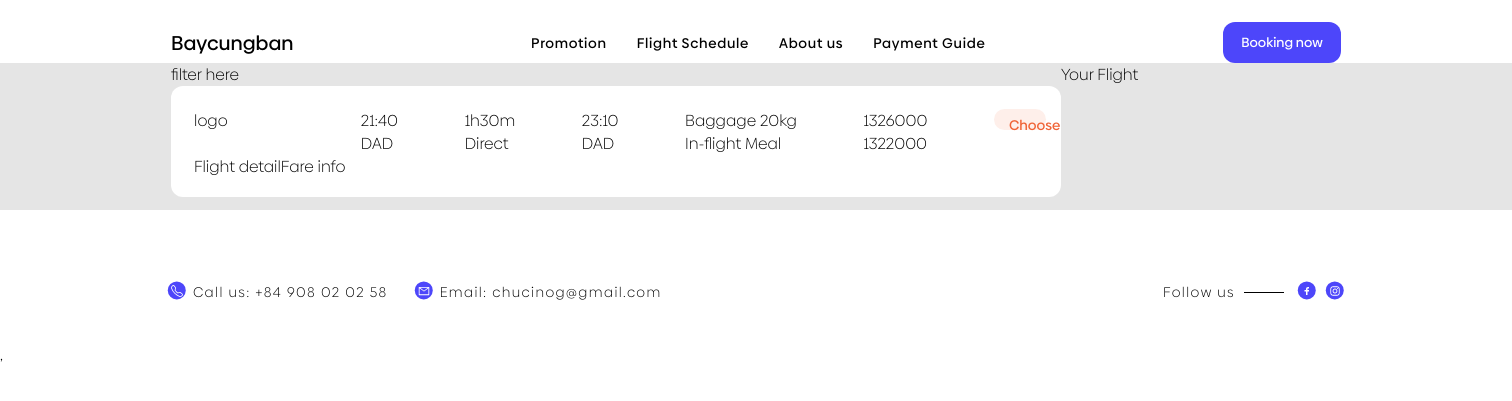
Repository: pinocoding/my-flying
Page: /list (app in my-flying/)
These files come from the project's save history. The page is drawn as it stood at one moment and after the next save; the edit follows.
The browser window is 1280 px wide. The page is 1512 px wide, so the pictures cover 1512 px, including what lies to the right of the window. The pictures show the whole page.
The project was rebuilt for these pictures with package versions that can differ from the ones it lists, and the page was loaded fresh each time. Also part of the build but not shown: my-flying/src/components/InDecreaBtn/InDecreaBtn.js, my-flying/src/components/TravelBooking/TravelBooking.css, my-flying/src/components/TravelBooking/TravelBooking.js, my-flying/src/components/home/Home.css, my-flying/src/components/home/Home.js. Imported but missing from the stored project, and not drawn on this page: my-flying/src/reportWebVitals.

Above is the page before, as saved 2022-09-09 17:04:28.

### my-flying/src/index.js
import React from "react";
import ReactDOM from "react-dom/client";
import "./index.css";
import App from "./App";
import reportWebVitals from "./reportWebVitals";
import "./font/SVN-Biennale/Biennale-Bold.otf";
const root = ReactDOM.createRoot(document.getElementById("root"));
root.render(
  <React.StrictMode>
    <App />
  </React.StrictMode>
);

// If you want to start measuring performance in your app, pass a function
// to log results (for example: reportWebVitals(console.log))
// or send to an analytics endpoint. Learn more: https://bit.ly/CRA-vitals
reportWebVitals();

### my-flying/src/index.css
@font-face {
  font-family: "SVN-Biennale";
  src: local("SVN-Biennale"),
    url("./font/SVN-Biennale/Biennale-Light.otf") format("opentype");

  font-weight: 400;
}

@font-face {
  font-family: "SVN-Biennale";
  src: local("SVN-Biennale"),
    url("./font/SVN-Biennale/Biennale-Medium.otf") format("opentype");

  font-weight: 600;
}

### my-flying/src/App.js
import React from "react";

import { render } from "react-dom";
import { BrowserRouter, Routes, Route } from "react-router-dom";
import Home from "../src/components/Home/Home";
import List from "./components/List/List";
import "./App.css";
function App() {
  return (
    <div className="App">
      <BrowserRouter>
        <Routes>
          <Route path="/" element={<Home />} />
          <Route path="/list" element={<List />} />
        </Routes>
      </BrowserRouter>
      ,
    </div>
  );
}

export default App;

### my-flying/src/components/List/List.js
import React from "react";
import Header from "../Header/Header";
import Footer from "../Footer/Footer";
import "./List.css";
import FlightInfor from "../FlightsInfor/FlightInfor";
function List() {
  return (
    <div className="list">
      <Header />

      <div className="list-container">
        <div className="list-infor">
          {" "}
          <div className="list-filter">filter here</div>
          <div className="list-row">
            <FlightInfor />
          </div>
        </div>

        <div className="list-userFlight">Your Flight</div>
      </div>
      <Footer />
    </div>
  );
}

export default List;

### my-flying/src/App.css
* {
  box-sizing: border-box;
  margin: 0;
  padding: 0;
  scroll-behavior: smooth;
  font-family: "SVN-Biennale", Courier, monospace;
}
.App {
  width: 1512px;
  margin: 0 auto;
}

### my-flying/src/components/Header/Header.js
import React from "react";
import "./Header.css";

function Header() {
  return (
    <div className="header">
      <div className="header-logo">
        <div className="header-logo-name">Baycungban</div>
        {/* <div>img</div>
        <div>img</div> */}
      </div>

      <ul className="header-nav">
        <li>
          <a href="/#">Promotion</a>
        </li>
        <li>
          <a href="/flight-schedule">Flight Schedule</a>
        </li>
        <li>
          <a href="/#">About us</a>
        </li>
        <li>
          <a href="/#">Payment Guide</a>
        </li>
      </ul>

      <button className="header-booking">Booking now</button>
    </div>
  );
}

export default Header;

### my-flying/src/components/Footer/Footer.js
import React from "react";
import { BsTelephone } from "react-icons/bs";
import { AiOutlineMail, AiOutlineInstagram } from "react-icons/ai";
import { TiSocialFacebook } from "react-icons/ti";
import "./Footer.css";
function Footer() {
  return (
    <div className="footer">
      <ul>
        <li>
          <a href="/#" className="footer-link">
            <BsTelephone className="footer-icon" />
          </a>
          <span>Call us: +84 908 02 02 58</span>
        </li>

        <li>
          <a href="/#" className="footer-link">
            <AiOutlineMail className="footer-icon" />
          </a>
          <span>Email: chucinog@gmail.com</span>
        </li>
      </ul>

      <div>
        <span className="footer-follow">Follow us</span>
        <a href="/#" className="footer-link footer-facebook">
          <TiSocialFacebook className="footer-icon" />
        </a>
        <a href="/#" className="footer-link">
          <AiOutlineInstagram className="footer-icon" />
        </a>
      </div>
    </div>
  );
}

export default Footer;

### my-flying/src/components/List/List.css
.list-container {
  display: flex;

  background-color: #e5e5e5;
  padding: 0 171px 0 171px;
}

.list-row {
  width: 890px;
  height: 124px;
  border-radius: 12px;
}

### my-flying/src/components/FlightsInfor/FlightInfor.js
import React from "react";
import "./FlightInfor.css";

function FlightInfor() {
  return (
    <div className="flight-container">
      <ul className="flight-list">
        <li>logo</li>
        <li className="flight-name"></li>
        <li className="flight-time">
          <p>21:40</p>
          <p>DAD</p>
        </li>

        <li className="flight-direc">
          <p>1h30m</p>
          <p></p>
          <p>Direct</p>
        </li>
        <li className="flight-time">
          <p>23:10</p>
          <p>DAD</p>
        </li>

        <li className="flight-meal">
          <p>Baggage 20kg </p>
          <p>In-flight Meal </p>
        </li>

        <li className="flight-price">
          <p>1326000</p>
          <p>1322000</p>
        </li>
        <li className="flight-choose">
          <button>Choose</button>
        </li>
      </ul>

      <ul>
        <li>Flight detail</li>
        <li>Fare info</li>
      </ul>
    </div>
  );
}

export default FlightInfor;

### my-flying/src/components/Header/Header.css
.header {
  display: flex;
  justify-content: space-between;
  text-align: center;
  padding: 22px 171px 0 171px;
}
.header-logo {
  display: flex;
}
.header-logo-name {
  font-weight: 600;
  font-size: 20px;
  align-items: center;
  display: flex;
}
.header-nav {
  display: flex;
  list-style: none;
  justify-content: space-between;
  gap: 0 30px;
  align-items: center;
}
.header-nav li a {
  color: rgba(0, 0, 0, 1);
  text-decoration: none;
  font-family: "SVN-Biennale";
  font-style: normal;
  font-weight: 600;
  font-size: 14px;
  line-height: 21px;

  text-align: center;
  letter-spacing: 0.05em;
}
.header-booking {
  background-color: rgba(77, 70, 250, 1);
  color: white;
  height: 41px;
  width: 118px;
  left: 1223px;
  top: 38px;
  border-radius: 12px;
  padding: 10px 16px 10px 16px;
  border: none;
  cursor: pointer;
  font-weight: 600;
}

### my-flying/src/components/Footer/Footer.css
.footer {
  display: flex;
  justify-content: space-between;
  text-align: center;
  width: 100%;
  padding: 70px 171px 40px 171px;
}
.footer ul {
  list-style: none;
  display: flex;
  gap: 0 30px;
}
.footer-link {
  position: relative;
}
.footer-icon {
  color: white;
  font-size: 12px;
}

.footer-link:after {
  content: "";
  position: absolute;
  top: 0;
  left: 0;
  width: 18px;
  height: 18px;
  border-radius: 50%;
  transform: translate(-18%, 8%);
  background-color: #4d46fa;

  z-index: -1;
}
.footer ul li span {
  padding-left: 10px;
  font-family: "SVN-Biennale";
  font-style: normal;
  font-weight: 400;
  font-size: 14px;
  line-height: 21px;
  /* identical to box height */

  letter-spacing: 0.1em;

  color: #000000;
}
.footer-follow {
  width: 72px;
  height: 21px;
  font-family: "SVN-Biennale";
  font-style: normal;
  font-weight: 400;
  font-size: 14px;
  line-height: 21px;
  /* identical to box height */

  letter-spacing: 0.1em;

  color: #000000;

  position: relative;
  margin-right: 50px;
}

.footer-follow:after {
  content: "";
  position: absolute;
  top: 50%;
  right: 0;
  width: 40px;
  height: 1px;
  left: 81px;
  background-color: black;

  z-index: -1;
}
.footer-facebook {
  margin: 0 16px 0 16px;
}

### my-flying/src/components/FlightsInfor/FlightInfor.css
.flight-container {
  width: 100%;
  background: #ffffff;
  border-radius: 12px;
  padding: 23px 15px 19px 23px;
}

.flight-container .flight-list {
  list-style: none;
  display: flex;
  justify-content: space-between;
}

.flight-container ul {
  list-style: none;
  display: flex;
}
.flight-choose button {
  width: 82px;
  height: 33px;
  background: rgba(240, 99, 54, 0.1);
  border-radius: 12px;
  width: 52px;
  height: 21px;
  padding: 6px 15px;
  font-family: "SVN-Biennale";
  font-style: normal;
  font-weight: 600;
  font-size: 14px;
  line-height: 21px;
  border: none;
  color: #f06336;
}

After the next save:
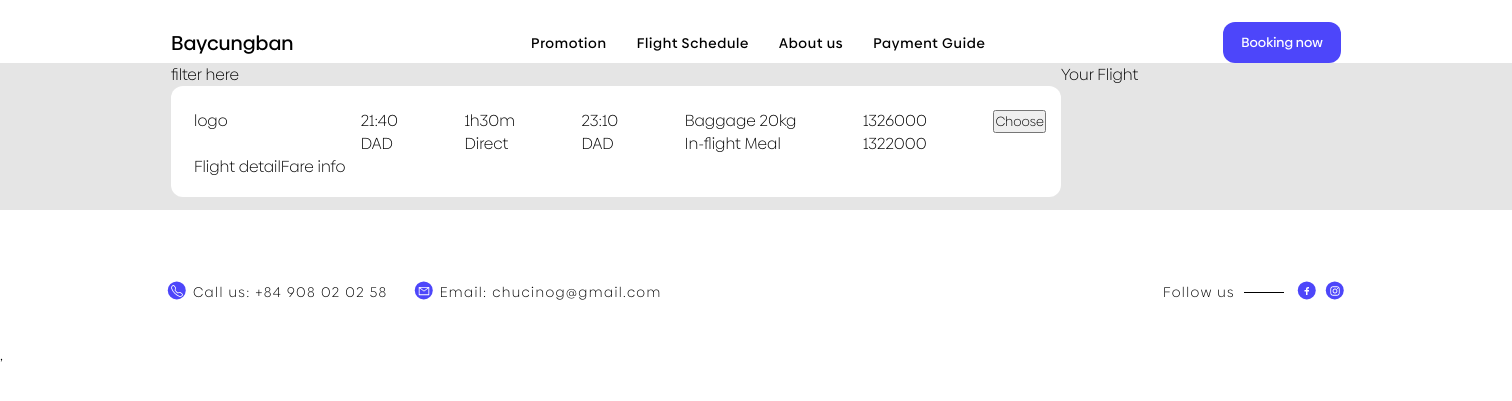
Saved 21 s later.
--- a/my-flying/src/components/FlightsInfor/FlightInfor.css
+++ b/my-flying/src/components/FlightsInfor/FlightInfor.css
@@ -16,18 +16,4 @@
   display: flex;
 }
 .flight-choose button {
-  width: 82px;
-  height: 33px;
-  background: rgba(240, 99, 54, 0.1);
-  border-radius: 12px;
-  width: 52px;
-  height: 21px;
-  padding: 6px 15px;
-  font-family: "SVN-Biennale";
-  font-style: normal;
-  font-weight: 600;
-  font-size: 14px;
-  line-height: 21px;
-  border: none;
-  color: #f06336;
 }
